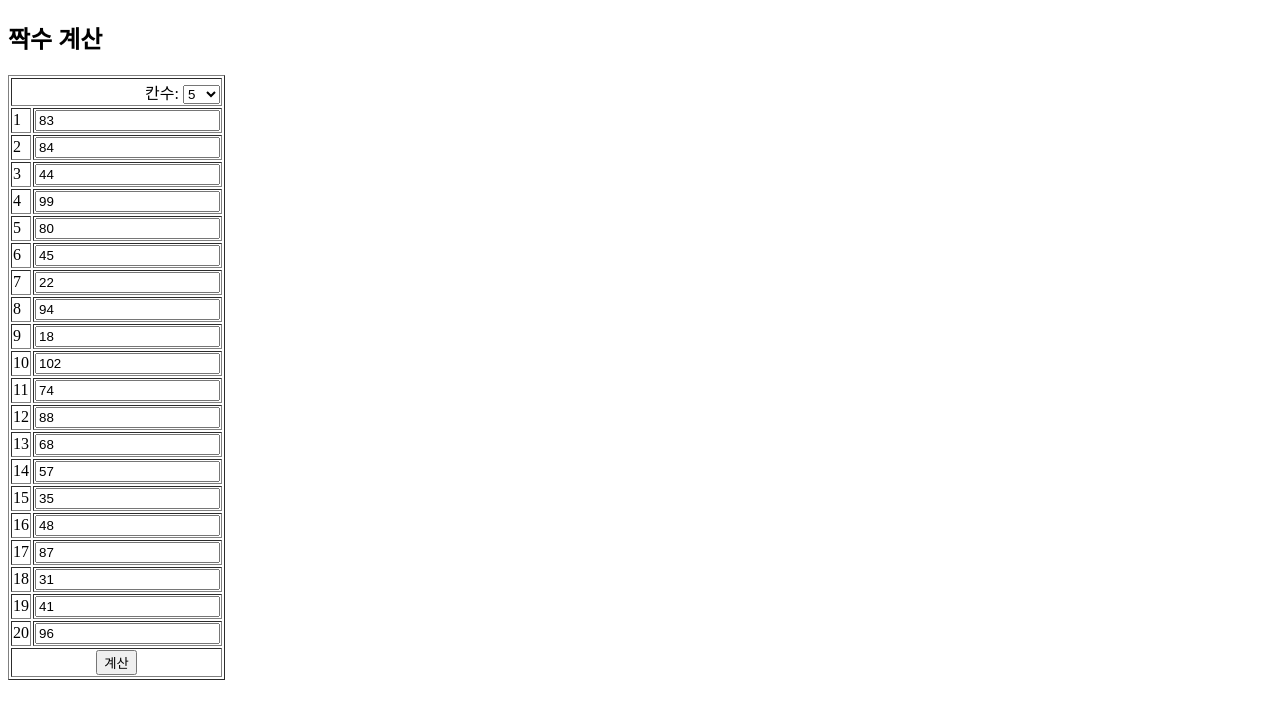
Repository: pshho/newJspProject
Page: http://localhost/JspProj/calc/calc.jsp
These files come from the project's save history. The page is drawn as it stood at one moment and after the next save; the edit follows.
The browser window is 1280 px wide. The pictures show the whole page.
The page is served by Tomcat 9.

Above is the page before, as saved 2023-07-27 07:45:03.

After the next save:
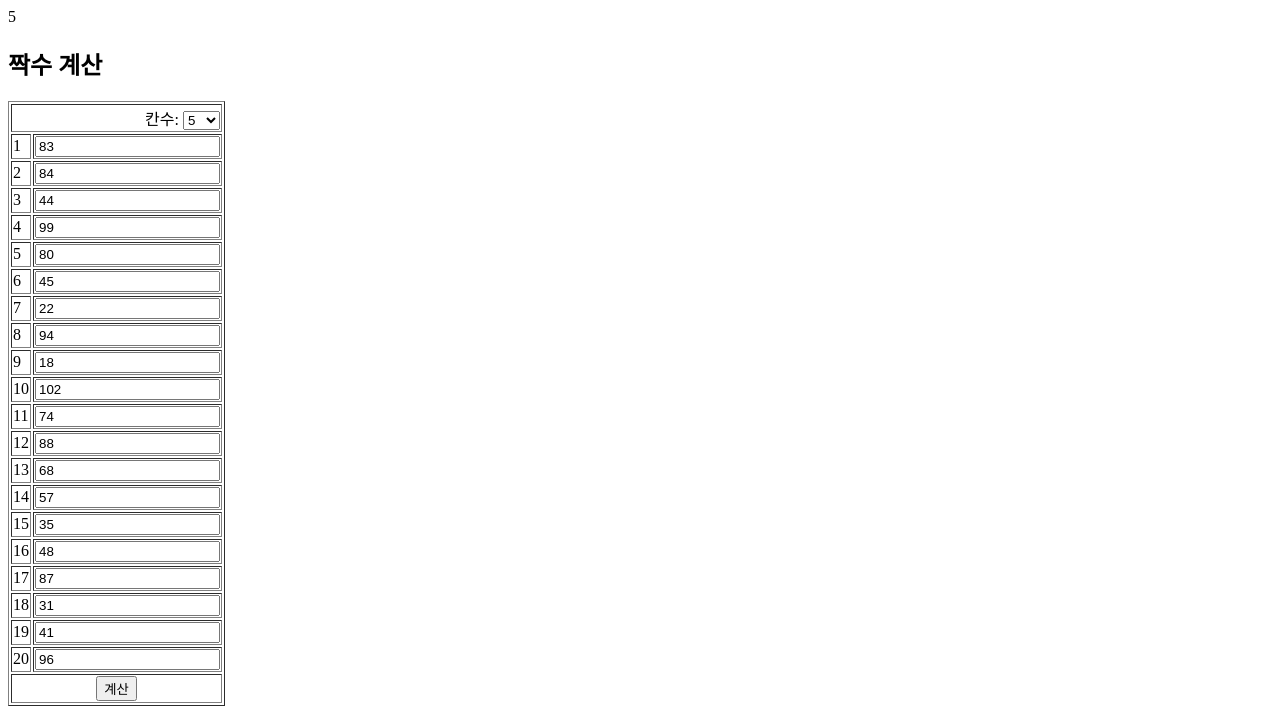
Saved 39 s later.
--- a/JspProj/src/main/webapp/calc/calc.jsp
+++ b/JspProj/src/main/webapp/calc/calc.jsp
@@ -23,6 +23,7 @@
 </script>
 </head>
 <body>
+	<%= cnt %>
 	<h2>짝수 계산</h2>
 	<%-- <form action="./calcProcess.jsp">
 		<c:forEach begin="1" end="20">	<!-- for문으로 입력받을 개수 지정 -->
